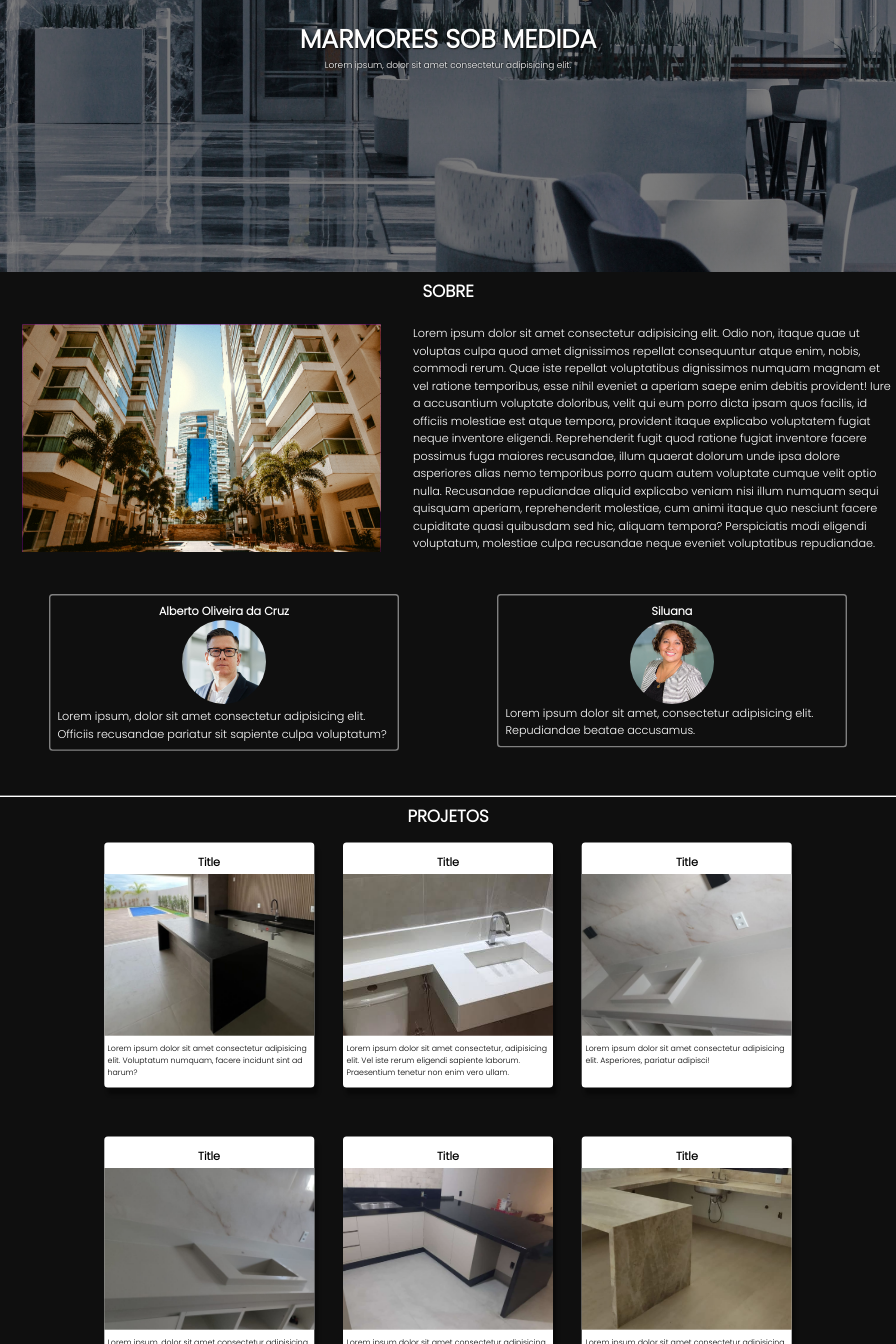
Repository: XFERRER7/projeto-xt7
Page: projetoMarmoraria/index.html
An editor plug-in stored every save of this project. The page is shown before and after the next save, followed by the edit.
The browser window is 1280 px wide. The pictures show the part of the page from y = 331 to 2251 px (the page is 3024 px tall), at 70% of full size.
Some web libraries are served in a nearby version.

Above is the page before, as saved 2022-05-10 15:45:18.

After the next save:
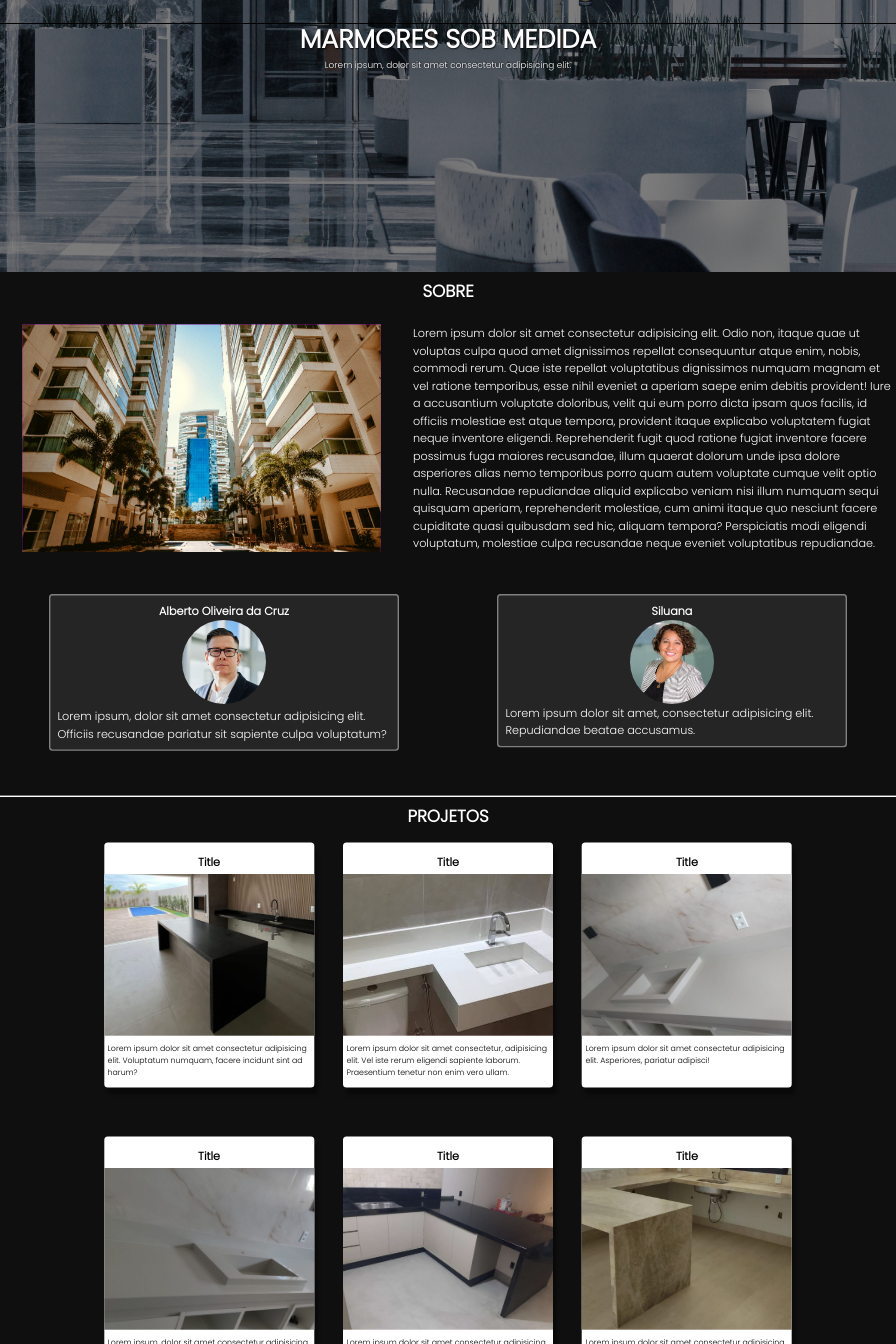
Saved 6 s later.
--- a/projetoMarmoraria/css/style.css
+++ b/projetoMarmoraria/css/style.css
@@ -294,7 +294,7 @@ main {
 }
 
 .about-person {
-  background-color: #0f0f0f;
+  background-color: #252525;
   border: 2px solid gray;
   color: #ffffff;
   border-radius: 5px;
